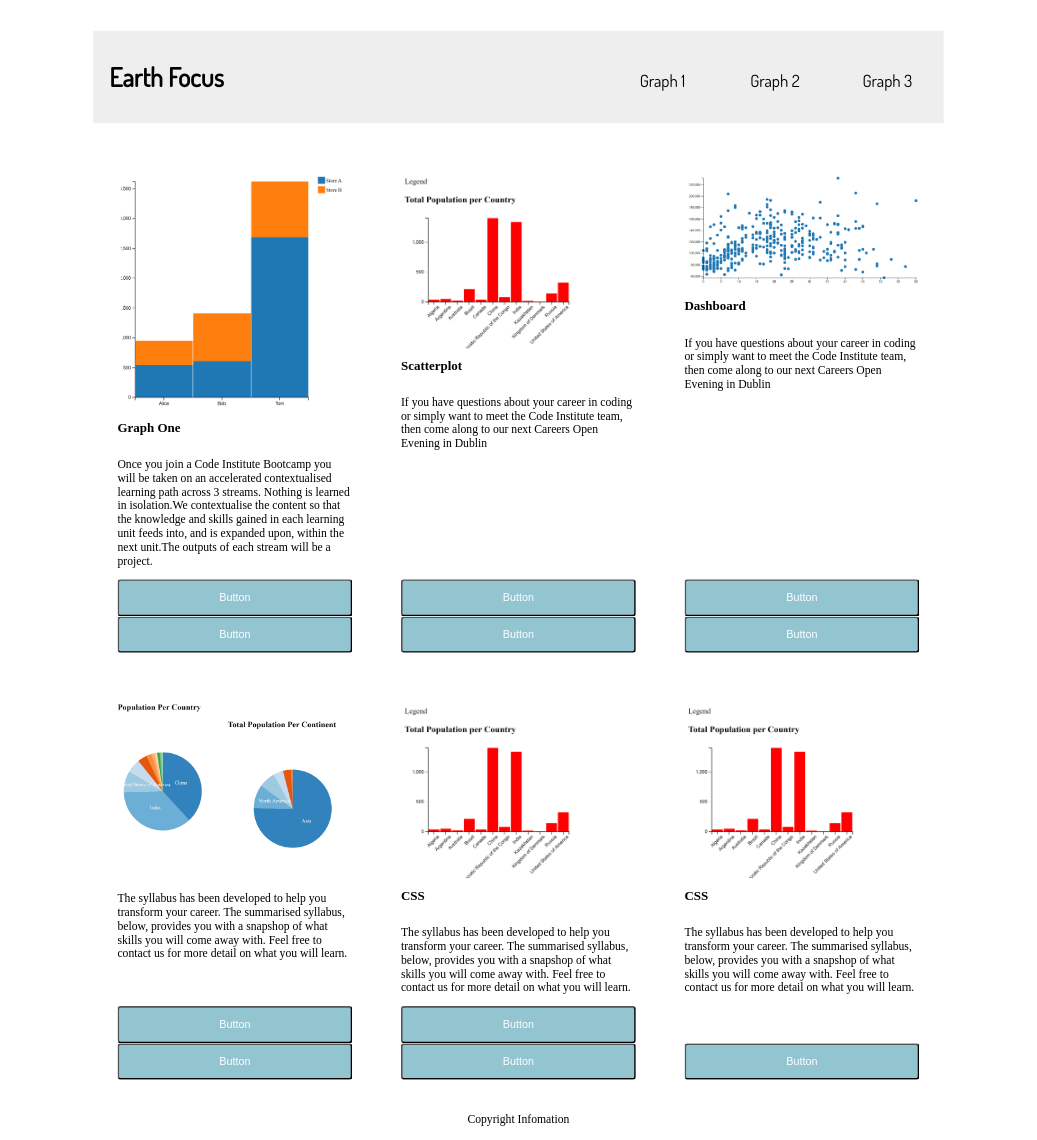
Repository: Code-Institute-Submissions/SOliv1-milestone2_NovResub
Page: index.html
The author's editor kept a record of every edit. The page is drawn from the files as they stood at one moment, then again after the next edit.
The browser window is 1280 px wide. The pictures show the whole page, at 81% of full size.
Some web libraries are served in a nearby version.

Above is the page before.

### index.html
<!DOCTYPE html>
<html lang="en">
<head>
    <meta charset="UTF-8">
    <meta http-equiv="X-UA-Compatible" content="ie=edge">
    <meta name="viewport" content="width=device-width, initial-scale=1">
    <title>Earth Focus</title>
    <link href="css/style.css" rel="stylesheet">
    <link href='https://fonts.googleapis.com/css?family=Roboto' rel='stylesheet' type='text/css'>
    <link href='https://fonts.googleapis.com/css?family=Dosis' rel='stylesheet' type='text/css'>
    </head>
<body>
    <div id="container">
        <nav>
            <ul>
                <li id="logoNav">Earth Focus</>
                <li id="graph11_btn">Graph 1</li>
                <li id="graph2_btn"> Graph 2</li>
                <li id="graph3_btn">Graph 3</li>
            </ul>
        </nav>
        <div class="card graph1">
            <img class="card_image" src="img/3.png" alt="coding icon">
            <div class="card_bottom">
                <h2 class="card_head">Graph One</h2>
                <p class="card_para">Once you join a Code Institute Bootcamp you will be taken on an accelerated contextualised learning path across 3 streams. Nothing is learned in isolation.We contextualise the content so that the knowledge and skills gained in each learning
                    unit feeds into, and is expanded upon, within the next unit.The outputs of each stream will be a project. </p>
                <button class="bottom_button">Button</>
                <button class="bottom_button" id="button_effects1">Button</button>
            </div>
        </div>
        <div class="card graph3_btn">
            <img class="card_image" src="img/1.png" alt="coding icon">
            <h2 class="card_head">Scatterplot</h2>
            <p class="card_para">If you have questions about your career in coding or simply want to meet the Code Institute team, then come along to our next Careers Open Evening in Dublin</p>
            <button class="bottom_button">Button</>
            <button id="button_effects2" class="bottom_button">Button</button>
            </div>
        <div class="card graph2">
            <img class="card_image" src="img/2.png" alt="coding icon">
            <h2 class="card_head">Dashboard</h2>
            <p class="card_para">If you have questions about your career in coding or simply want to meet the Code Institute team, then come along to our next Careers Open Evening in Dublin</p>
            <button class="bottom_button">Button</>
            <button id="button_effects3" class="bottom_button">Button</button>
        </div>
        <div class="card graph3">
            <img class="card_image" src="img/4.png" alt="coding icon">
            <h2 class="card_head"></h2>
            <p class="card_para">The syllabus has been developed to help you transform your career. The summarised syllabus, below, provides you with a snapshop of what skills you will come away with. Feel free to contact us for more detail on what you will learn.</p>
            <button class="bottom_button">Button</>
             <button id="button_effects4" class="bottom_button">Button</button>
        </div>
        <div class="card graph1">
            <img class="card_image" src="img/1.png" alt="coding icon">
            <h2 class="card_head">CSS</h2>
            <p class="card_para">The syllabus has been developed to help you transform your career. The summarised syllabus, below, provides you with a snapshop of what skills you will come away with. Feel free to contact us for more detail on what you will learn.</p>
            <button class="bottom_button">Button</>
            <button id="button_effects5" class="bottom_button">Button</button>
        </div>
		<div class="card graph1">
			<img class="card_image" src="img/1.png" alt="coding icon">
			<h2 class="card_head">CSS</h2>
			<p id="par6" class="card_para">The syllabus has been developed to help you transform your career. The summarised syllabus, below, provides you with a snapshop of what skills you will come away with. Feel free to contact us for more detail on what you will learn.</p>
			<button id="button_effects6" class="bottom_button">Button</button>
		</div>
        <div id="my_footer">
            <p id="copyright">Copyright Infomation</p>
        </div>
    </div>
    <script src="https://code.jquery.com/jquery-3.2.1.js" integrity="sha256-DZAnKJ/6XZ9si04Hgrsxu/8s717jcIzLy3oi35EouyE=" crossorigin="anonymous"></script>
    <script src="script.js"></script>
    <!-- Scripts located at the bottom of the body to insure page is fully loaded before execution -->
</body>
</html>

### css/style.css
Skip to content
Search or jump to…

Pull requests
Issues
Marketplace
Explore

@SOliv1
Code Issues 0 Pull requests 0 Projects 0 Wiki Security Pulse Community
jquery-events/style.css
 Ubuntu initial commit
871e21d on Aug 28
193 lines (133 sloc)  2.25 KB

body {
	font-family: 'Roboto', sans-serif;
	/*background-image: url(img/code-institute.jpg);
 	background-size: cover;
 	color: #ffffff;*/
 	background-color: #eee;

}

h1{
	font-size: 3em;
	text-align: center;
}

h2 {
	font-size: 1em;
	text-align: left;

}



p {
	font-size: .9rem;
}



div {
	border-radius: 4px;
}

.card_image {
	width: 100%;

}

.bottom_button {
	display: flex;
	box-sizing:border-box;
	border-radius: 4px;
	display: block;
	width: 100%;
	background-color:rgba(129, 187, 201,.85);
	text-align: center;
	padding: 1em .75em;
	text-decoration: none;
	color: #fff;

}

.card_bottom {
	display: flex;
	flex-flow:column;
}

.card_head {
	flex:0;
}



.card_para {

	flex:1 0 auto;

}

#container {
	display: flex;		/* makes container a flexbox*/
	flex-flow: row wrap; 	/* layout the boxes in rows and wrap them*/
	box-sizing:border-box;
	margin-right:auto;
	margin-left:auto;
	max-width:1050px;
}

#logo {
	width: 800px;
	margin: auto;
}



.card {

	flex:1; /* */

	display: flex;	/* make the contents controllable by flexbox*/
	flex-flow:column;	/* */
	min-width: 240px; /**/
	margin: 10px;
	padding: 20px;
	background-color: #fff;
}

.highlight_stream {
	background-color: #EB5255;
}

#my_footer {
	width:100%;
	text-align: center;
}



#copyright {
	margin-top:10px;
	margin-bottom:10px;

}

/*************************
Navigation
**************************/

nav {

	font-family: roboto;
	background-color: #eee;
	margin: 30px auto;
	width: 100%;
}

ul {

	display: flex;

	justify-content:space-between;

	flex-flow: row;

	/*flex-flow: row-reverse;*/
	/*justify-content:flex-end;*/
	/*justify-content:space-around;*/
	/*align-items:flex-start;*/
	align-items:baseline;
	border-radius: 10px;
	list-style-type: none; /*Remove Bullets*/
	padding: 0;

}

li {
	flex:1;
	height: 30px;
	/*width:10%;*/
	/*border:2px solid #000;*/
	/*background-color: #81BBC9;*/
	/*border-radius: 10px;*/
	font-family: Dosis;
	padding:20px 20px 20px 20px;
	text-align: center;
	font-size: 1.3em;
}

#logoNav {
	flex:6;
	text-align: left;
	font-size: 2em;
	font-weight: bold;
}

.underline {
    text-decoration:underline;

}



.border {

    border: solid 5px #ccc;

}

@media screen and (max-width: 700px) {
	ul {
		flex-flow: column;
		align-items:center;
    }
	li {
		font-size: 2em;
	}

}

### script.js
$(document).ready(function() {
    -$("#barchart_html").on("click", function() {
        $(".graph1").show();
        $(".graph1").show(1000);
        $("#button_effects1").click(function(){
        $('#button_effects1').hide('slow');
    });
 });

   $("#barchart2_html").on("click", function() {
        $(".graph1").removeClass('highlight_graph');
        $(".graph2").removeClass('highlight_graph');
        $(".graph3").removeClass('highlight_graph');
        $(".graph2").addClass('highlight_graph');
   });

    $("#barchart3_html").on("click", function() {
        $(".graph1").removeClass('highlight_graph');
        $(".graph2").removeClass('highlight_graph');
        $(".graph3").removeClass('highlight_graph');
        $(".graph3").addClass('highlight_graph');
    });
});

    $(document).ready(function() {
    $("#button_effects1").click(function(){
        $('#par1').toggle('1000');
    });
    $("#button_effects2").click(function(){
        $('#par2').toggle('1000');
    });
    $("#button_effects3").click(function(){
        $('#par3').toggle('1000');
    });
    $("#button_effects4").click(function(){
        $('#par4').toggle('1000');
    });
});

$(document).ready(function() {
    // Create the slideToggle effects each of the paragraphs and
    // buttons
    $("#button_effects1").click(function(){
        $('#par1').slideToggle('1000');
    });
    $("#button_effects2").click(function(){
        $('#par2').slideToggle('1000');
    });
    $("#button_effects3").click(function(){
        $('#par3').slideToggle('1000');
    });
    $("#button_effects4").click(function(){
        $('#par4').slideToggle('1000');
    });
    $("#button_effects5").click(function(){
        $('#par5').slideToggle('1000');
    });
    $("#button_effects6").click(function(){
        $('#par6').slideToggle('1000');
    });
});



// Use the fadeTo effect when the mouse hovers over a specific button
    // and fadeTo again when the mouse is no longer hovering over the button

    $("#button_effects1").mouseenter(function(){
        $('#button_effects1').fadeTo(1000, 0.5);
    });
    $("#button_effects1").mouseleave(function(){
        $('#button_effects1').fadeTo(1000, 1);
    });
    $("#button_effects2").mouseenter(function(){
        $('#button_effects2').fadeTo(1000, 0.5);
    });
    $("#button_effects2").mouseleave(function(){
        $('#button_effects2').fadeTo(1000, 1);
    });
    $("#button_effects3").mouseenter(function(){
        $('#button_effects3').fadeTo(1000, 0.5);
    });
    $("#button_effects3").mouseleave(function(){
        $('#button_effects3').fadeTo(1000, 1);
    });
    $("#button_effects4").mouseenter(function(){
        $('#button_effects4').fadeTo(1000, 0.5);
    });
    $("#button_effects4").mouseleave(function(){
        $('#button_effects4').fadeTo(1000, 1);
    });

//waits until page is loaded first

    $(document).ready(function(){
    //applies colour red to paragraphs when clicked on
    $("p").click(function(){
        $("p").addClass("highlight_text");
    });
});

//will add lightblue to h2 elements

    $("h2").hover(function(){
        $("h2").addClass( "h2_color");
    });

    /*
    this will apply larger font size to the active h2 element
    by adding the h2_font_size class but
    not the other h2 elements by removing class h2_font_size from them
    */

    $("#hr_html").hover(function(){
        $("#hr_graph").removeClass("h2_font_size");
        $("#hr_dashboard").removeClass("h2_font_size");
        $("#hr_scatterplot").removeClass("h2_font_size");
        $("#hr_piechart").removeClass("h2_font_size");
    });


    //applies colour black to body background when mouse enters over buttons


    $(".bottom_button").mouseenter(function(){
        $("body").css( "background-color", "black");
    });

    //applies colour grey to body background when mouse leaves buttons

    $(".bottom_button").mouseleave(function(){
        $("body").css( "background-color", "#eee");
    });

After the next edit:
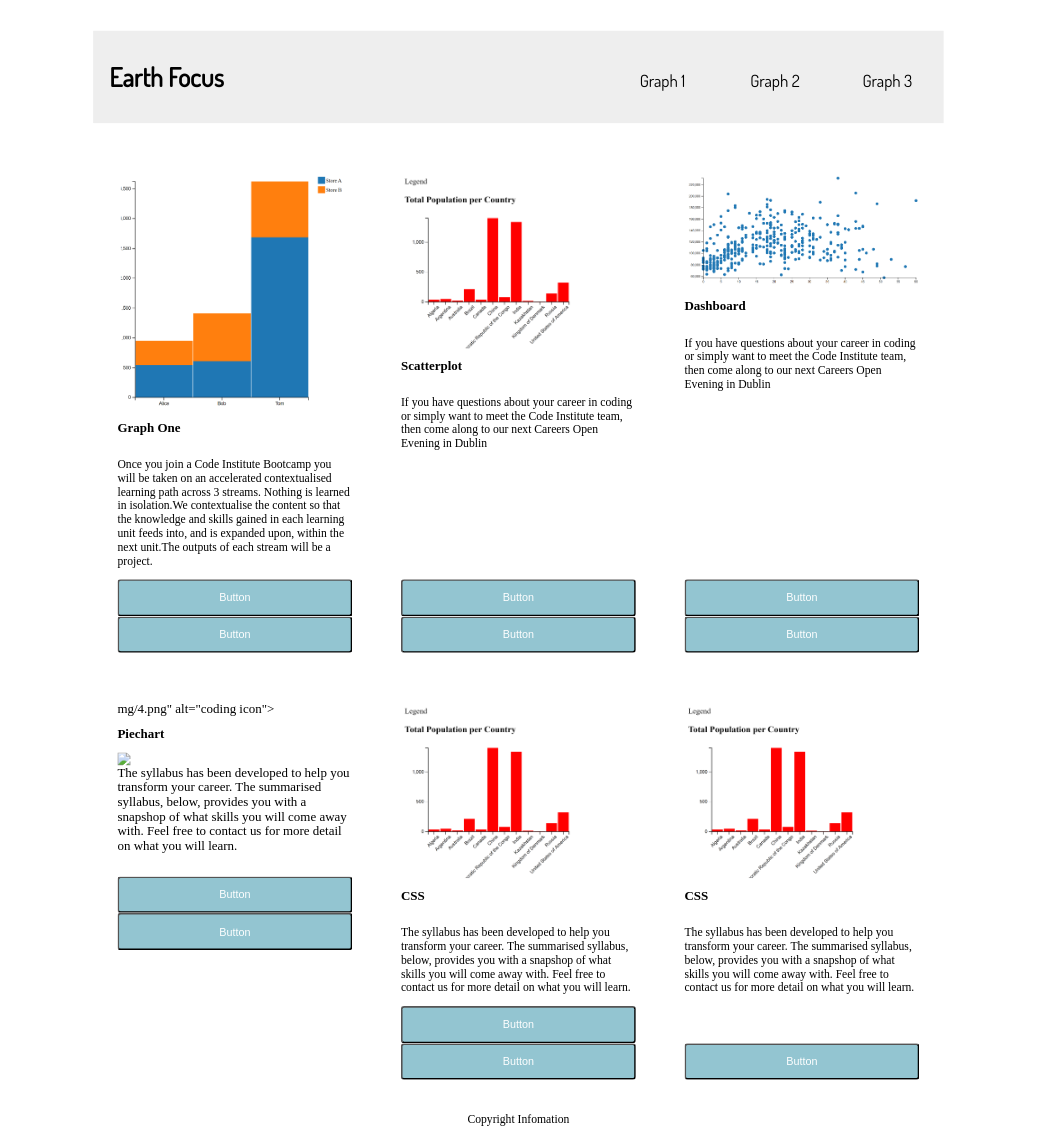
The edit:
--- a/index.html
+++ b/index.html
@@ -43,9 +43,9 @@
             <button class="bottom_button">Button</>
             <button id="button_effects3" class="bottom_button">Button</button>
         </div>
-        <div class="card graph3">
-            <img class="card_image" src="img/4.png" alt="coding icon">
-            <h2 class="card_head"></h2>
+        <div class="card graph3">mg/4.png" alt="coding icon">
+            <h2 class="card_head">Piechart</h2>
+            <img class="card_image" src="i
             <p class="card_para">The syllabus has been developed to help you transform your career. The summarised syllabus, below, provides you with a snapshop of what skills you will come away with. Feel free to contact us for more detail on what you will learn.</p>
             <button class="bottom_button">Button</>
              <button id="button_effects4" class="bottom_button">Button</button>
